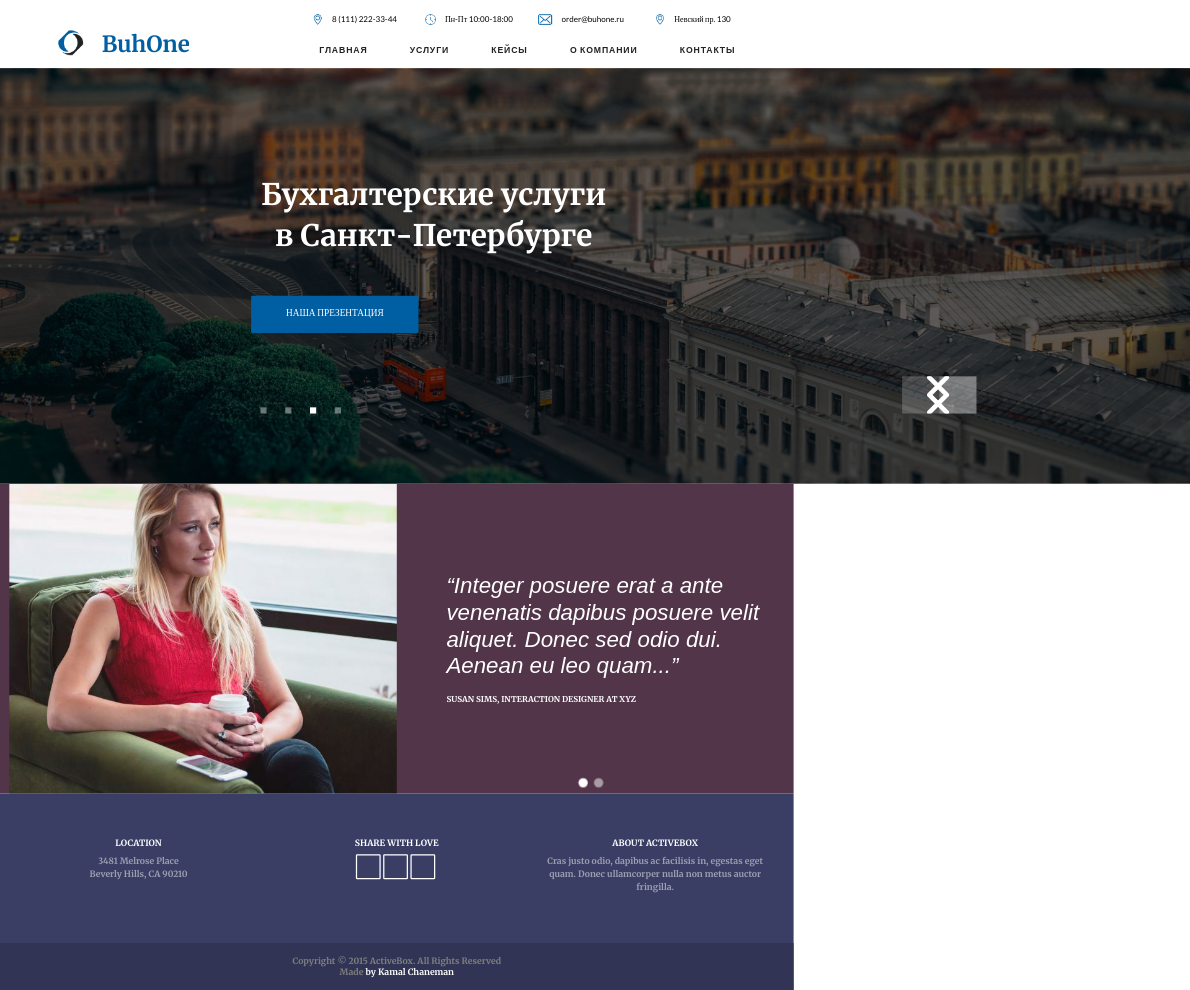
Repository: ZetsubouBilly/test
Page: index.html
An editor plug-in stored every save of this project. The page is shown before and after a run of saves, followed by the edit.
The browser window is 1280 px wide. The page is 1920 px wide, so the pictures cover 1920 px, including what lies to the right of the window. The pictures show the whole page, at 62% of full size.

Above is the page before, as saved 2023-05-13 15:17:06.

After the next 2 saves:
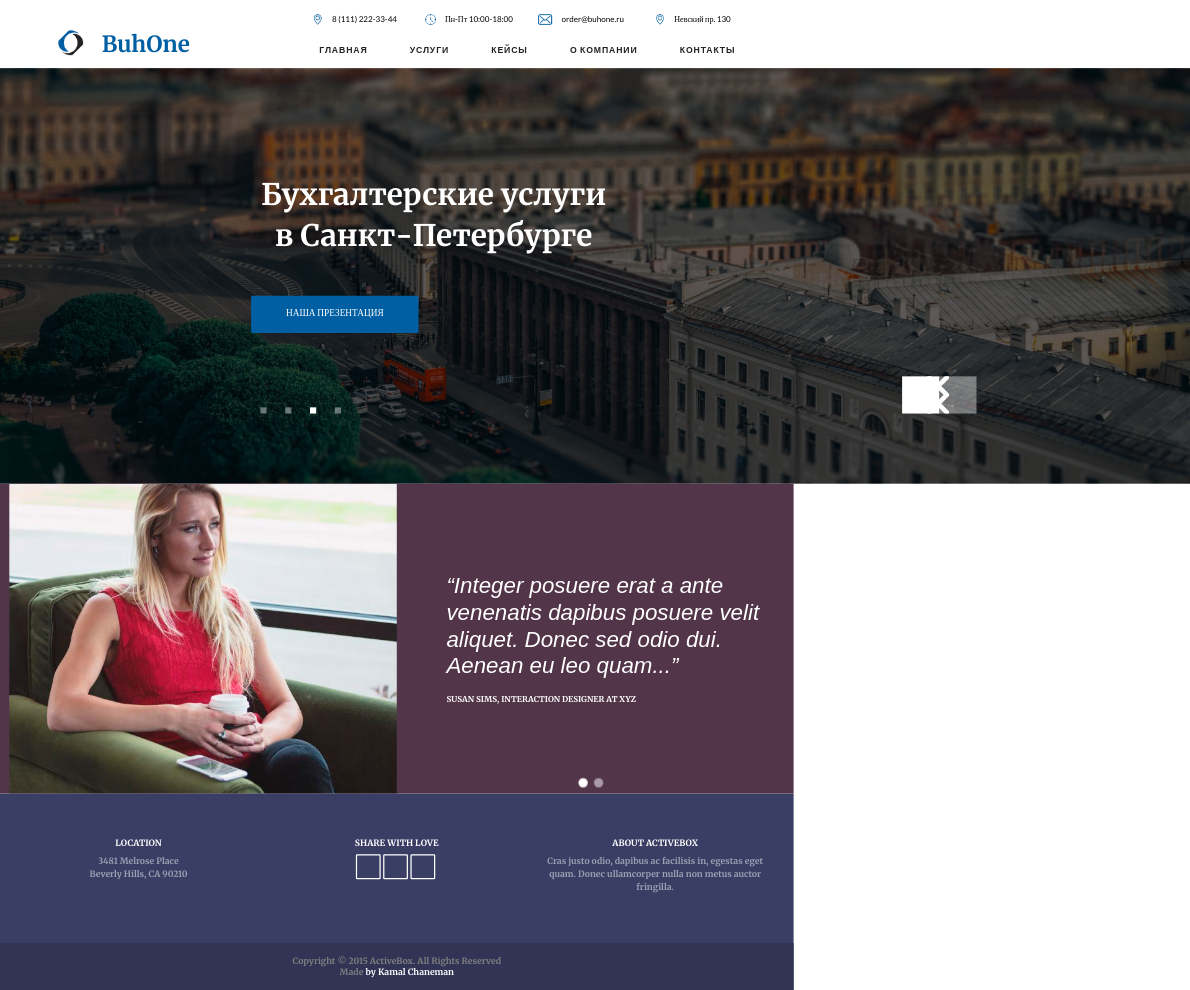
The 2 saves are shown as one change because they came seconds apart.
The last was saved 12 s later.
--- a/css/style.css
+++ b/css/style.css
@@ -299,8 +299,8 @@ p {
   }
 .slider__button-prev {
     position: relative;
-  background: #ffffff;
-  opacity: 0.2;
+  /* background: #ffffff; */
+  /* opacity: 0.2; */
 
 }
 

After the 2 saves that followed:
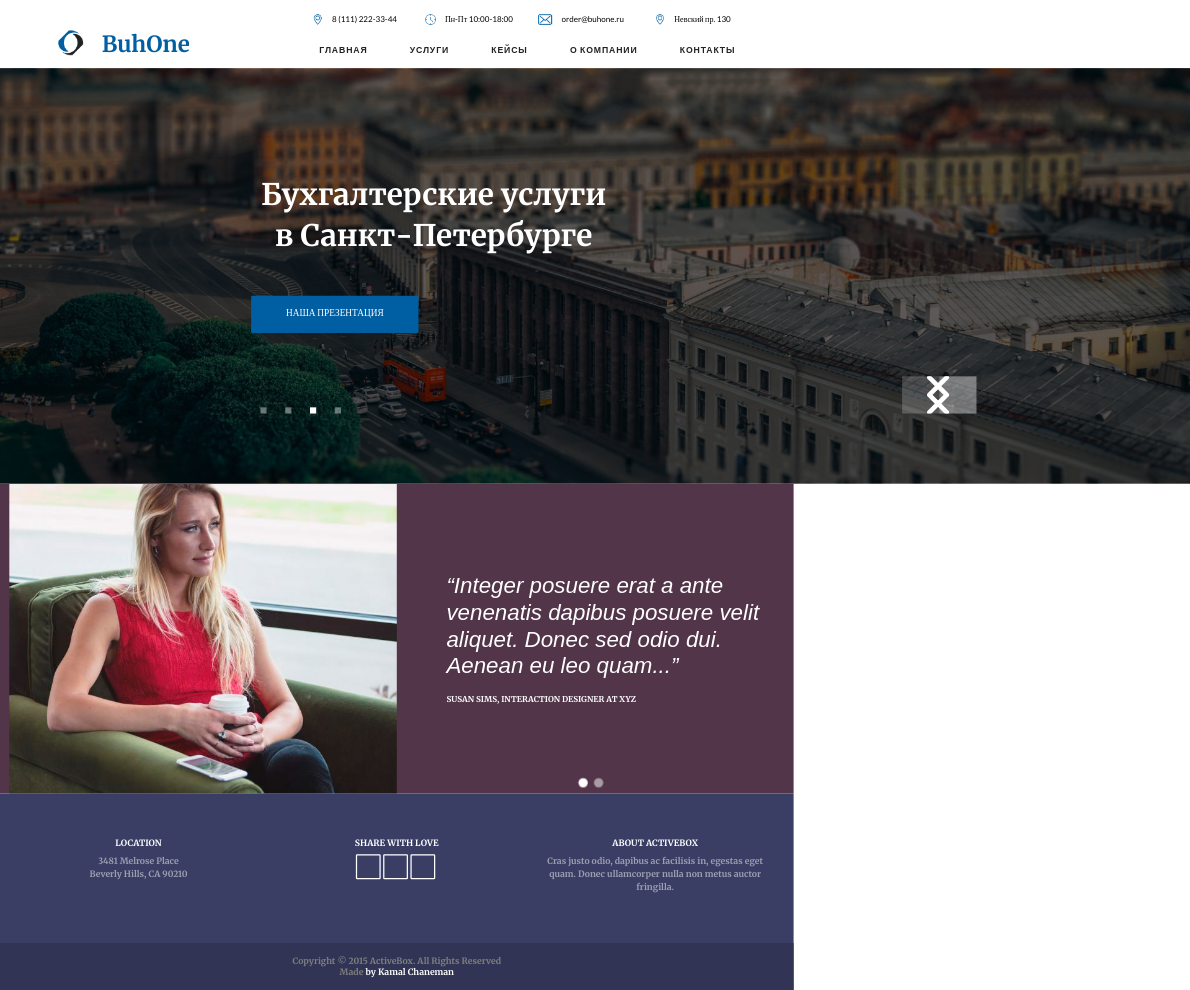
The 2 saves are shown as one change because 1 left the picture as it was.
The last was saved 10 s later.
--- a/css/style.css
+++ b/css/style.css
@@ -287,7 +287,8 @@ p {
     position: relative;
   width: 60px;
   height: 60px;
-  background-color: #fff
+  background-color: #fff;
+  opacity: 0.2;
 }
  svg {
     position: absolute;
